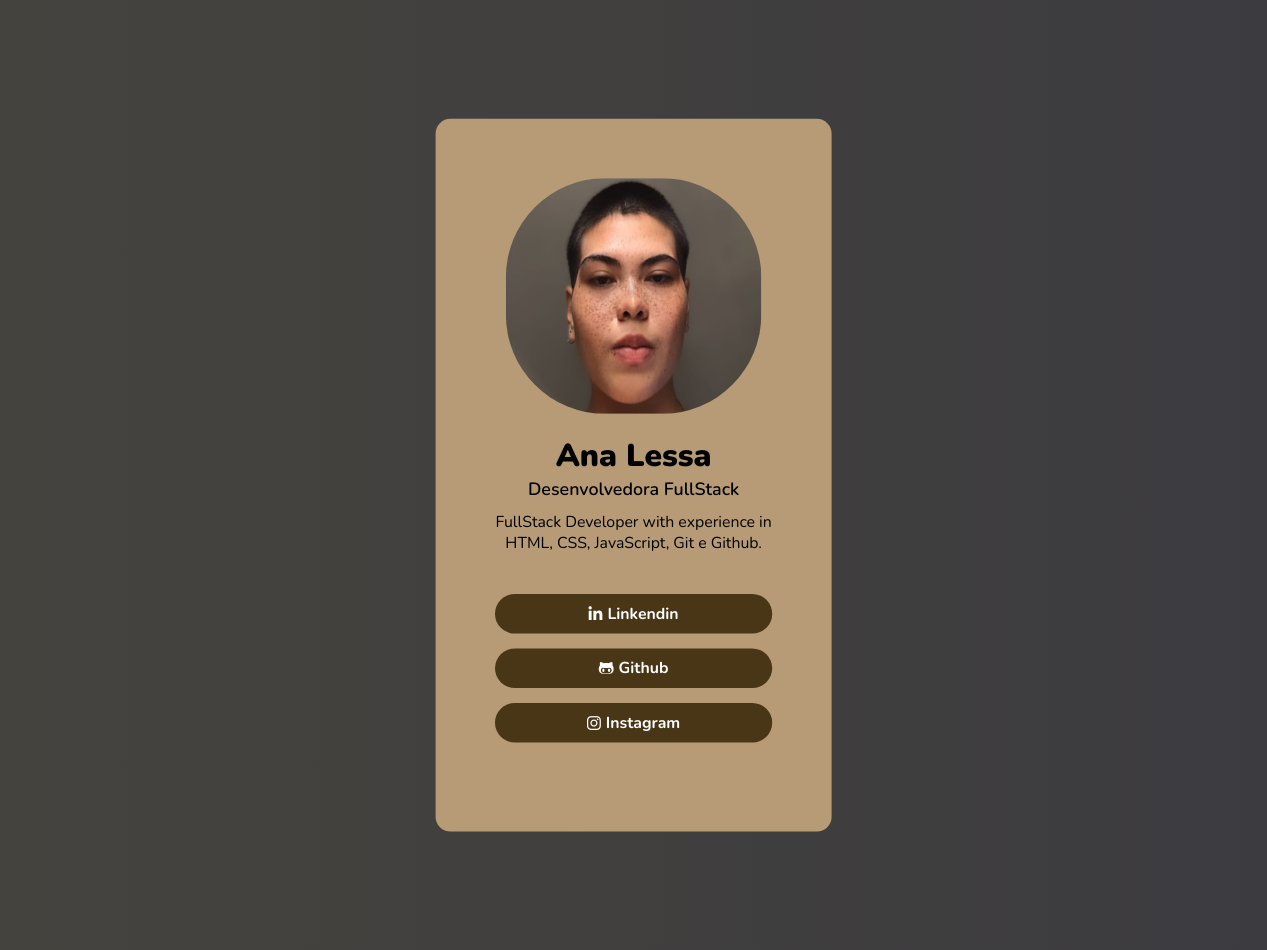
Repository: analessp/linktree
Page: index.html
These files come from the project's save history. The page is drawn as it stood at one moment and after the next save; the edit follows.
The browser window is 1280 px wide. The pictures show the whole page, at 99% of full size.

Above is the page before, as saved 2025-04-11 11:38:45.

### index.html
<!DOCTYPE html>
<html lang="pt-BR">
<head>
    <meta charset="UTF-8">
    <meta name="viewport" content="width=device-width, initial-scale=1.0">
    <title>Linktree Ana Lessa</title>
    <link rel="stylesheet" href="./css/style.css">
    <link rel="preconnect" href="https://fonts.googleapis.com">
    <link rel="preconnect" href="https://fonts.gstatic.com" crossorigin>
    <link href="https://fonts.googleapis.com/css2?family=Nunito:ital,wght@0,200..1000;1,200..1000&display=swap" rel="stylesheet">
    <link rel="stylesheet" href="https://cdnjs.cloudflare.com/ajax/libs/font-awesome/6.5.0/css/all.min.css">
</head>
<body>
    <div class="container-main">
    <div class="container-image">
        <img src="./assets/img.jpg" alt="Foto de Ana Lessa">
    </div>
    <div class="container-infos">
        <h1>Ana Lessa</h1>
        <h2>Desenvolvedora FullStack</h2>
    </div>
    <div class="container-easter-egg">
        <p>FullStack Developer with experience in HTML, CSS, JavaScript, Git e Github.</p>
    </div>
    <div class="container-social-links">
        <ul>
            <a href="https://www.linkedin.com/in/ana-lessa-2a312a253/" target="_blank">
            <li>
            <i class="fa-brands fa-linkedin-in"></i>
            <p>Linkendin</p>
            </li></a>
            <a href="https://github.com/analessp" target="_blank">
            <li>
            <i class="fa-brands fa-github-alt"></i>
            <p>Github</p>
            </li></a>
            <a href="https://www.instagram.com/analessp/" target="_blank">
            <li>
            <i class="fa-brands fa-instagram"></i>
            <p>Instagram</p>
            </li></a>
        </ul>
    </div>
    </div>
</body>
</html>

### css/style.css
@import url(./effects.css);

* {
    font-family: "Nunito", sans-serif;
    margin: 0;
    padding: 0;
    box-sizing: border-box;
}

body {
    background: #3C3B3F;  /* fallback for old browsers */
background: -webkit-linear-gradient(to right, #605C3C, #3C3B3F);  /* Chrome 10-25, Safari 5.1-6 */
background: linear-gradient(to right, #605C3C, #3C3B3F); /* W3C, IE 10+/ Edge, Firefox 16+, Chrome 26+, Opera 12+, Safari 7+ */
animation: gradientShift 10s ease infinite;
    background-size: 400%;
}

@keyframes gradientShift {
    0% { background-position: 0% 50%; }
    50% { background-position: 100% 50%; }
    100% { background-position: 0% 50%; }
  }

.container-main {
    background-color: #b69b76;
    width: 400px;
    height: 720px;
    box-sizing: border-box;
    margin: 120px auto;
    padding: 60px;
    border-radius: 15px;
    text-align: center;
}

.container-image img{
        width: 258px;
        height: 238px;
        border-radius: 100px;
}

.container-infos {
margin-top: 15px;
margin-bottom: 10px;
}

.container-infos h1 {
    font-weight: 900;
}

.container-infos h2 {
    font-weight: 600;
    font-size: 18px;
}

.container-social-links ul {
    list-style: none;
}

.container-social-links a {
    text-decoration: none;
    color: #ffffff;
}

.container-social-links {
    margin-top: 40px;
}

.container-social-links li {
    display: flex;
    justify-content: center;
    gap: 5px;
    align-items: center;
    width: 280px;
    height: 40px;
    background-color: #493617;
    margin: 15px 0;
    border-radius: 20px;
    font-weight: 700;
    transform-origin: 0.6s%;

    &:hover {
        background-color: bisque (0, 0, 0);
        transform: scale(1.1);
    }
}

Loaded but not shown: css/effects.css (no stored copy; drawn as an empty file)

After the next save:
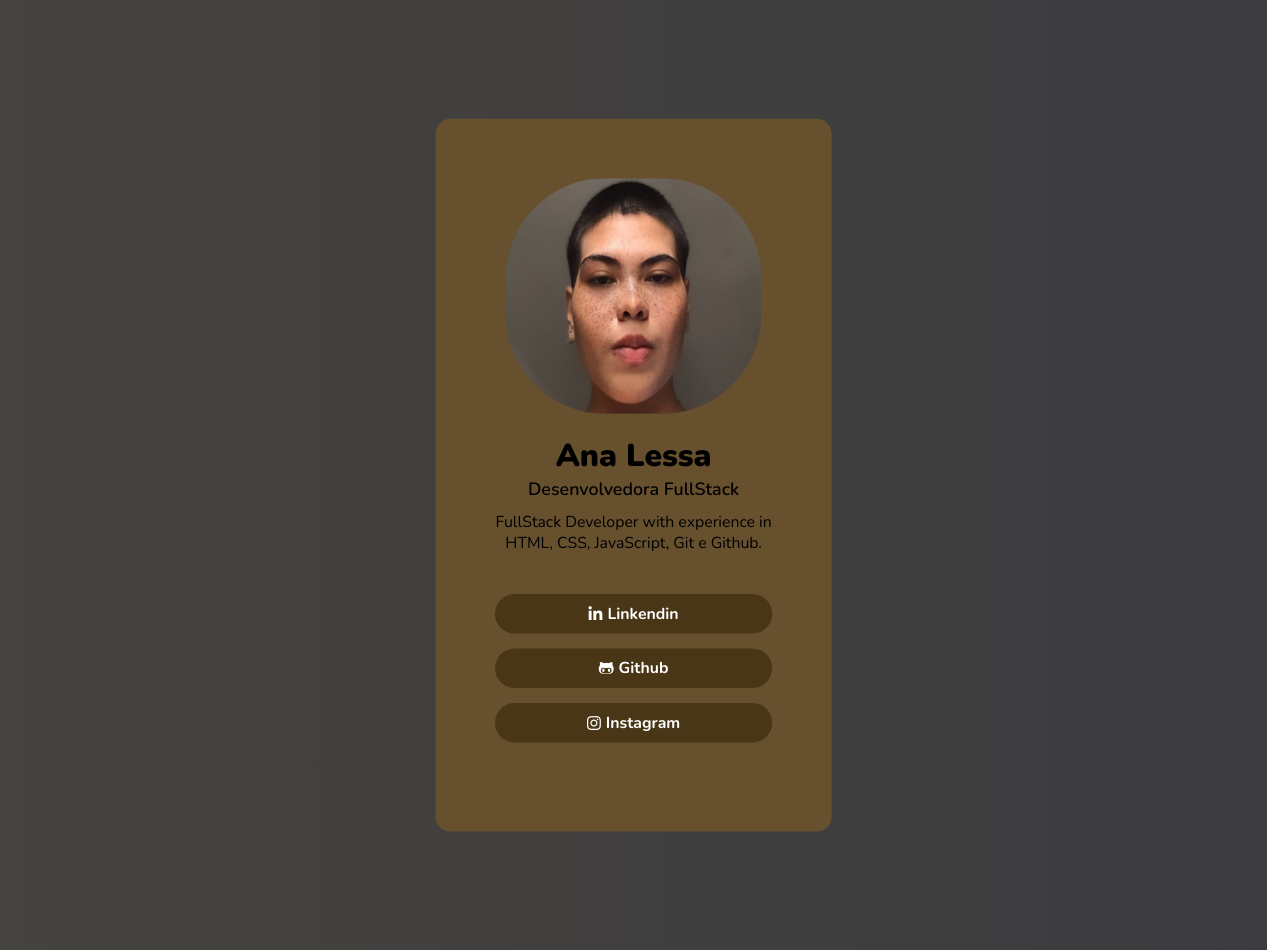
Saved 4 s later.
--- a/css/style.css
+++ b/css/style.css
@@ -22,7 +22,7 @@ animation: gradientShift 10s ease infinite;
   }
 
 .container-main {
-    background-color: #b69b76;
+    background-color: #66502e;
     width: 400px;
     height: 720px;
     box-sizing: border-box;
